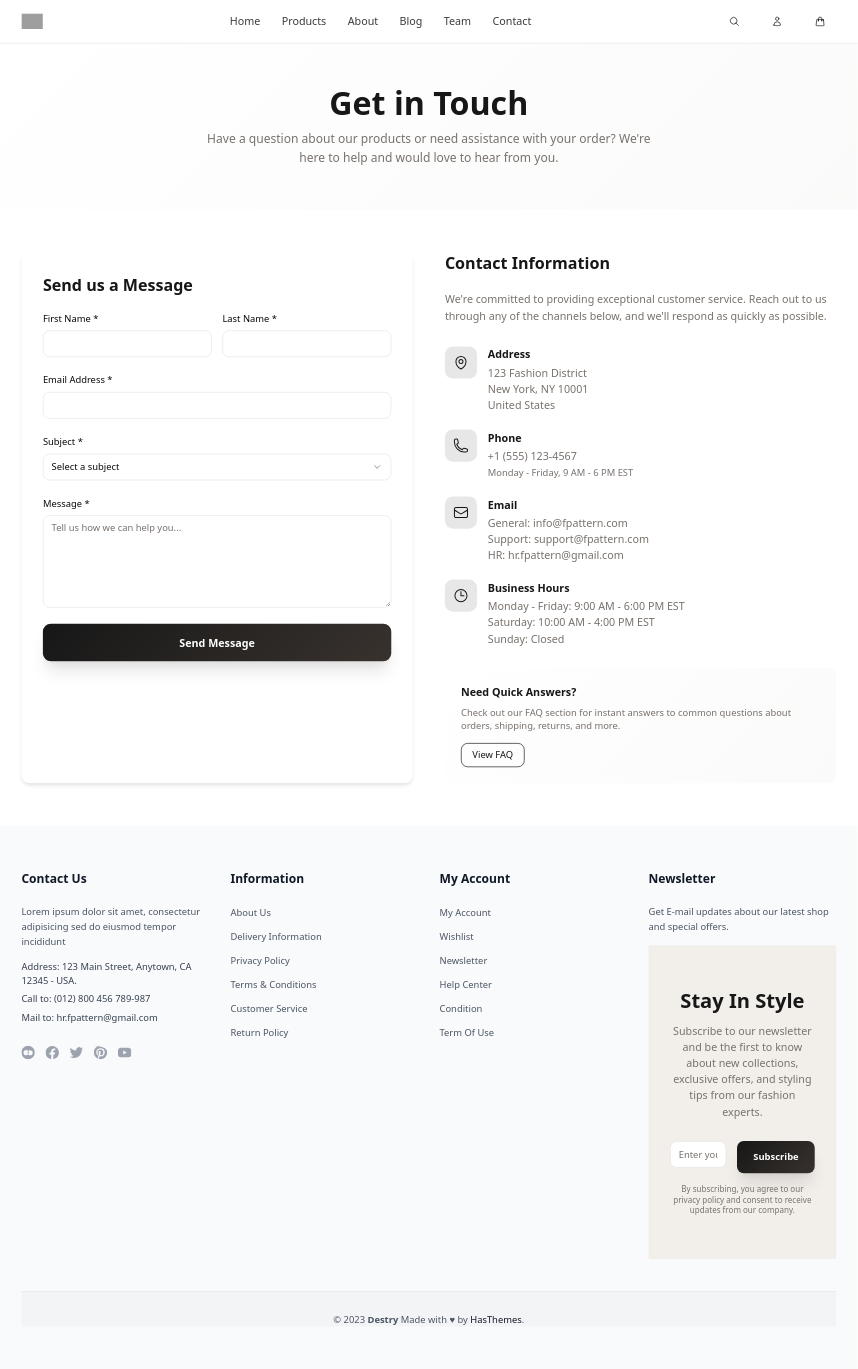
Repository: Fpattern-25/Ecommerce-Cloth-website
Page: /contact
These files come from the project's save history. The page is drawn as it stood at one moment and after the next save; the edit follows.
The browser window is 1280 px wide. The pictures show the whole page, at 67% of full size.
Pictures or frames that could not be fetched are drawn as grey boxes. The project was rebuilt for these pictures with package versions that can differ from the ones it lists, and the page was loaded fresh each time. Also part of the build but not shown: vite.config.ts, src/components/ui/tooltip.tsx, src/components/ui/badge.tsx, src/components/ProductCard.tsx, src/components/ProductGrid.tsx, src/data/products.ts, src/pages/Home.tsx, src/pages/Products.tsx and 27 more.

Above is the page before, as saved 2025-08-06 10:45:39.

### index.html
<!DOCTYPE html>
<html lang="en">
  <head>
    <meta charset="UTF-8" />
    <meta name="viewport" content="width=device-width, initial-scale=1.0" />
    <title>kamblecollection</title>
    <meta name="description" content="Lovable Generated Project" />
    <meta name="author" content="Lovable" />

    <meta property="og:title" content="kamblecollection" />
    <meta property="og:description" content="Lovable Generated Project" />
    <meta property="og:type" content="website" />
    <meta property="og:image" content="/src/assets/favicon.ico" />

    <meta name="twitter:card" content="summary_large_image" />
    <meta name="twitter:site" content="@lovable_dev" />
    <meta name="twitter:image" content="/src/assets/favicon.ico" />
  </head>

  <body>
    <div id="root"></div>
    <script type="module" src="/src/main.tsx"></script>
  </body>
</html>

### src/App.tsx
import { Toaster } from "@/components/ui/toaster";
import { Toaster as Sonner } from "@/components/ui/sonner";
import { TooltipProvider } from "@/components/ui/tooltip";
import { QueryClient, QueryClientProvider } from "@tanstack/react-query";
import { BrowserRouter, Routes, Route } from "react-router-dom";
import { HelmetProvider } from 'react-helmet-async';
import { CartProvider } from "@/contexts/CartContext";
import { Header } from "@/components/layout/Header";
import { Footer } from "@/components/layout/Footer";
import { ScrollToTop } from "@/components/ScrollToTop";

// Pages
import Home from "./pages/Home";
import Products from "./pages/Products";
import ProductDetail from "./pages/ProductDetail";
import Cart from "./pages/Cart";
import Checkout from "./pages/Checkout";
import OrderConfirmation from "./pages/OrderConfirmation";
import About from "./pages/About";
import Contact from "./pages/Contact";
import Blog from "./pages/Blog";
import Team from "./pages/Team";
import Careers from "./pages/Careers";
import Press from "./pages/Press";
import Sustainability from "./pages/Sustainability";
import SizeGuide from "./pages/SizeGuide";
import Shipping from "./pages/Shipping";
import Returns from "./pages/Returns";
import FAQ from "./pages/FAQ";
import Privacy from "./pages/Privacy";
import Terms from "./pages/Terms";
import Cookies from "./pages/Cookies";
import Profile from "./pages/Profile";
import NotFound from "./pages/NotFound";

const queryClient = new QueryClient();

const App = () => (
  <QueryClientProvider client={queryClient}>
    <HelmetProvider>
      <CartProvider>
        <TooltipProvider>
          <Toaster />
          <Sonner />
          <BrowserRouter>
            <div className="flex flex-col min-h-screen">
              <Header />
              <main className="flex-1">
                <Routes>
                  <Route path="/" element={<Home />} />
                  <Route path="/products" element={<Products />} />
                  <Route path="/product/:id" element={<ProductDetail />} />
                  <Route path="/cart" element={<Cart />} />
                  <Route path="/checkout" element={<Checkout />} />
                  <Route path="/order-confirmation" element={<OrderConfirmation />} />
                  <Route path="/about" element={<About />} />
                  <Route path="/contact" element={<Contact />} />
                  <Route path="/blog" element={<Blog />} />
                  <Route path="/team" element={<Team />} />
                  <Route path="/careers" element={<Careers />} />
                  <Route path="/press" element={<Press />} />
                  <Route path="/sustainability" element={<Sustainability />} />
                  <Route path="/size-guide" element={<SizeGuide />} />
                  <Route path="/shipping" element={<Shipping />} />
                  <Route path="/returns" element={<Returns />} />
                  <Route path="/faq" element={<FAQ />} />
                  <Route path="/privacy" element={<Privacy />} />
                  <Route path="/terms" element={<Terms />} />
                  <Route path="/cookies" element={<Cookies />} />
                  <Route path="/profile" element={<Profile />} />
                  <Route path="*" element={<NotFound />} />
                </Routes>
              </main>
              <Footer />
              <ScrollToTop />
            </div>
          </BrowserRouter>
        </TooltipProvider>
      </CartProvider>
    </HelmetProvider>
  </QueryClientProvider>
);

export default App;

### src/components/ui/toaster.tsx
import { useToast } from "@/hooks/use-toast"
import {
  Toast,
  ToastClose,
  ToastDescription,
  ToastProvider,
  ToastTitle,
  ToastViewport,
} from "@/components/ui/toast"

export function Toaster() {
  const { toasts } = useToast()

  return (
    <ToastProvider>
      {toasts.map(function ({ id, title, description, action, ...props }) {
        return (
          <Toast key={id} {...props}>
            <div className="grid gap-1">
              {title && <ToastTitle>{title}</ToastTitle>}
              {description && (
                <ToastDescription>{description}</ToastDescription>
              )}
            </div>
            {action}
            <ToastClose />
          </Toast>
        )
      })}
      <ToastViewport />
    </ToastProvider>
  )
}

### src/components/ui/sonner.tsx
import { useTheme } from "next-themes"
import { Toaster as Sonner, toast } from "sonner"

type ToasterProps = React.ComponentProps<typeof Sonner>

const Toaster = ({ ...props }: ToasterProps) => {
  const { theme = "system" } = useTheme()

  return (
    <Sonner
      theme={theme as ToasterProps["theme"]}
      className="toaster group"
      toastOptions={{
        classNames: {
          toast:
            "group toast group-[.toaster]:bg-background group-[.toaster]:text-foreground group-[.toaster]:border-border group-[.toaster]:shadow-lg",
          description: "group-[.toast]:text-muted-foreground",
          actionButton:
            "group-[.toast]:bg-primary group-[.toast]:text-primary-foreground",
          cancelButton:
            "group-[.toast]:bg-muted group-[.toast]:text-muted-foreground",
        },
      }}
      {...props}
    />
  )
}

export { Toaster, toast }

### src/components/layout/Header.tsx
import { useState } from 'react';
import { Link, useNavigate } from 'react-router-dom';
import { motion, AnimatePresence } from 'framer-motion';
import { ShoppingBagIcon, MagnifyingGlassIcon, Bars3Icon, XMarkIcon, UserIcon } from '@heroicons/react/24/outline';
import { Button } from '@/components/ui/button';
import { useCart } from '@/contexts/CartContext';
import { cn } from '@/lib/utils';
const navigation = [{
  name: 'Home',
  href: '/'
}, {
  name: 'Products',
  href: '/products'
}, {
  name: 'About',
  href: '/about'
}, {
  name: 'Blog',
  href: '/blog'
}, {
  name: 'Team',
  href: '/team'
}, {
  name: 'Contact',
  href: '/contact'
}];
export function Header() {
  const [isMenuOpen, setIsMenuOpen] = useState(false);
  const {
    itemCount
  } = useCart();
  const navigate = useNavigate();
  return <header className="sticky top-0 z-50 bg-background/95 backdrop-blur supports-[backdrop-filter]:bg-background/60 border-b border-border">
    <div className="container mx-auto px-4 sm:px-6 lg:px-8">
      <div className="flex items-center justify-between h-16">
        {/* Logo */}
        <Link to="/" className="flex items-center space-x-2">
          <img
            src="/src/assets/kamble-collection-250x65.svg"  // <-- Update with your logo path
            alt="Kamble Collection Logo"
            className="h-8 w-8 object-contain"
          />
          {/* <span className="text-2xl font-bold text-brand-primary">Destry</span> */}
        </Link>

        {/* Desktop Navigation */}
        <nav className="hidden md:flex items-center space-x-8">
          {navigation.map(item => <Link key={item.name} to={item.href} className="text-foreground/80 hover:text-brand-primary transition-colors duration-200 font-medium">
            {item.name}
          </Link>)}
        </nav>

        {/* Desktop Actions */}
        <div className="hidden md:flex items-center space-x-4">
          <Button variant="ghost" size="icon" className="relative">
            <MagnifyingGlassIcon className="h-5 w-5" />
          </Button>
          <Button variant="ghost" size="icon" onClick={() => navigate('/profile')}>
            <UserIcon className="h-5 w-5" />
          </Button>
          <Button variant="ghost" size="icon" className="relative" onClick={() => navigate('/cart')}>
            <ShoppingBagIcon className="h-5 w-5" />
            {itemCount > 0 && <span className="absolute -top-1 -right-1 bg-brand-accent text-white text-xs rounded-full h-5 w-5 flex items-center justify-center">
              {itemCount}
            </span>}
          </Button>
        </div>

        {/* Mobile menu button */}
        <div className="md:hidden flex items-center space-x-2">
          <Button variant="ghost" size="icon" className="relative" onClick={() => navigate('/cart')}>
            <ShoppingBagIcon className="h-5 w-5" />
            {itemCount > 0 && <span className="absolute -top-1 -right-1 bg-brand-accent text-white text-xs rounded-full h-5 w-5 flex items-center justify-center">
              {itemCount}
            </span>}
          </Button>
          <Button variant="ghost" size="icon" onClick={() => setIsMenuOpen(!isMenuOpen)}>
            {isMenuOpen ? <XMarkIcon className="h-6 w-6" /> : <Bars3Icon className="h-6 w-6" />}
          </Button>
        </div>
      </div>
    </div>

    {/* Mobile Navigation */}
    <AnimatePresence>
      {isMenuOpen && <motion.div initial={{
        opacity: 0,
        height: 0
      }} animate={{
        opacity: 1,
        height: 'auto'
      }} exit={{
        opacity: 0,
        height: 0
      }} className="md:hidden bg-background border-t border-border">
        <div className="px-4 py-6 space-y-4">
          {navigation.map(item => <Link key={item.name} to={item.href} className="block text-foreground/80 hover:text-brand-primary transition-colors duration-200 font-medium py-2" onClick={() => setIsMenuOpen(false)}>
            {item.name}
          </Link>)}
          <div className="flex items-center space-x-4 pt-4 border-t border-border">
            <Button variant="ghost" size="icon">
              <MagnifyingGlassIcon className="h-5 w-5" />
            </Button>
            <Button variant="ghost" size="icon">
              <UserIcon className="h-5 w-5" />
            </Button>
          </div>
        </div>
      </motion.div>}
    </AnimatePresence>
  </header>;
}

### src/components/ScrollToTop.tsx
import { useState, useEffect } from 'react';
import { motion, AnimatePresence } from 'framer-motion';
import { ArrowUpIcon } from '@heroicons/react/24/outline';
import { Button } from '@/components/ui/button';

export function ScrollToTop() {
  const [isVisible, setIsVisible] = useState(false);

  useEffect(() => {
    const toggleVisibility = () => {
      if (window.pageYOffset > 300) {
        setIsVisible(true);
      } else {
        setIsVisible(false);
      }
    };

    window.addEventListener('scroll', toggleVisibility);
    return () => window.removeEventListener('scroll', toggleVisibility);
  }, []);

  const scrollToTop = () => {
    window.scrollTo({
      top: 0,
      behavior: 'smooth'
    });
  };

  return (
    <AnimatePresence>
      {isVisible && (
        <motion.div
          initial={{ opacity: 0, scale: 0.8 }}
          animate={{ opacity: 1, scale: 1 }}
          exit={{ opacity: 0, scale: 0.8 }}
          className="fixed bottom-6 right-6 z-50"
        >
          <Button
            onClick={scrollToTop}
            size="icon"
            variant="hero"
            className="rounded-full shadow-elegant"
            aria-label="Scroll to top"
          >
            <ArrowUpIcon className="h-5 w-5" />
          </Button>
        </motion.div>
      )}
    </AnimatePresence>
  );
}

### src/components/ui/button.tsx
import * as React from "react"
import { Slot } from "@radix-ui/react-slot"
import { cva, type VariantProps } from "class-variance-authority"

import { cn } from "@/lib/utils"

const buttonVariants = cva(
  "inline-flex items-center justify-center gap-2 whitespace-nowrap rounded-md text-sm font-medium ring-offset-background transition-all duration-300 focus-visible:outline-none focus-visible:ring-2 focus-visible:ring-ring focus-visible:ring-offset-2 disabled:pointer-events-none disabled:opacity-50 [&_svg]:pointer-events-none [&_svg]:size-4 [&_svg]:shrink-0",
  {
    variants: {
      variant: {
        default: "bg-brand-primary text-white hover:bg-brand-primary/90 shadow-elegant hover:shadow-soft",
        destructive:
          "bg-destructive text-destructive-foreground hover:bg-destructive/90",
        outline:
          "border border-brand-primary bg-transparent text-brand-primary hover:bg-brand-primary hover:text-white",
        secondary:
          "bg-brand-secondary text-brand-primary hover:bg-brand-secondary/80",
        ghost: "hover:bg-accent hover:text-accent-foreground",
        link: "text-brand-primary underline-offset-4 hover:underline",
        hero: "bg-gradient-hero text-white hover:scale-105 shadow-elegant hover:shadow-soft font-semibold",
        accent: "bg-brand-accent text-white hover:bg-brand-accent/90 shadow-soft hover:shadow-elegant",
      },
      size: {
        default: "h-12 px-6 py-3",
        sm: "h-9 rounded-md px-4",
        lg: "h-14 rounded-lg px-8 text-base",
        icon: "h-12 w-12",
        hero: "h-16 px-12 py-4 text-lg rounded-lg",
      },
    },
    defaultVariants: {
      variant: "default",
      size: "default",
    },
  }
)

export interface ButtonProps
  extends React.ButtonHTMLAttributes<HTMLButtonElement>,
    VariantProps<typeof buttonVariants> {
  asChild?: boolean
}

const Button = React.forwardRef<HTMLButtonElement, ButtonProps>(
  ({ className, variant, size, asChild = false, ...props }, ref) => {
    const Comp = asChild ? Slot : "button"
    return (
      <Comp
        className={cn(buttonVariants({ variant, size, className }))}
        ref={ref}
        {...props}
      />
    )
  }
)
Button.displayName = "Button"

export { Button, buttonVariants }

### src/components/Newsletter.tsx
import { useState } from 'react';
import { motion } from 'framer-motion';
import { Button } from '@/components/ui/button';
import { Input } from '@/components/ui/input';
import { toast } from '@/hooks/use-toast';

export function Newsletter() {
  const [email, setEmail] = useState('');
  const [isLoading, setIsLoading] = useState(false);

  const handleSubmit = async (e: React.FormEvent) => {
    e.preventDefault();

    if (!email) {
      toast({
        title: "Error",
        description: "Please enter your email address.",
        variant: "destructive"
      });
      return;
    }

    setIsLoading(true);

    try {
      // Using Formspree for newsletter subscription
      const response = await fetch('https://formspree.io/f/your-form-id', {
        method: 'POST',
        headers: {
          'Content-Type': 'application/json',
        },
        body: JSON.stringify({
          email: email,
          _subject: 'Newsletter Subscription',
        }),
      });

      if (response.ok) {
        toast({
          title: "Success!",
          description: "Thank you for subscribing to our newsletter!"
        });
        setEmail('');
      } else {
        throw new Error('Subscription failed');
      }
    } catch (error) {
      // For demo purposes, we'll show success anyway
      toast({
        title: "Success!",
        description: "Thank you for subscribing to our newsletter!"
      });
      setEmail('');
    } finally {
      setIsLoading(false);
    }
  };

  return (
    <section className="bg-brand-secondary/20 py-16">
      <div className="container mx-auto px-4 sm:px-6 lg:px-8">
        <motion.div
          initial={{ opacity: 0, y: 20 }}
          whileInView={{ opacity: 1, y: 0 }}
          viewport={{ once: true }}
          transition={{ duration: 0.6 }}
          className="max-w-2xl mx-auto text-center"
        >
          <h2 className="text-3xl font-bold text-brand-primary mb-4">
            Stay In Style
          </h2>
          <p className="text-muted-foreground mb-8">
            Subscribe to our newsletter and be the first to know about new collections,
            exclusive offers, and styling tips from our fashion experts.
          </p>

          <form onSubmit={handleSubmit} className="flex flex-col sm:flex-row gap-4 max-w-md mx-auto">
            <Input
              type="email"
              placeholder="Enter your email"
              value={email}
              onChange={(e) => setEmail(e.target.value)}
              className="flex-1"
              required
            />
            <Button
              type="submit"
              variant="hero"
              disabled={isLoading}
              className="sm:w-auto"
            >
              {isLoading ? 'Subscribing...' : 'Subscribe'}
            </Button>
          </form>

          <p className="text-xs text-muted-foreground mt-4">
            By subscribing, you agree to our privacy policy and consent to receive updates from our company.
          </p>
        </motion.div>
      </div>
    </section>
  );
}

### src/components/SEO.tsx
import { Helmet } from 'react-helmet-async';
import { SEOProps } from '@/types';

interface SEOComponentProps extends SEOProps {
  children?: React.ReactNode;
}

export function SEO({
  title,
  description,
  keywords,
  image,
  url,
  children
}: SEOComponentProps) {
  const siteTitle = "FPattern - Luxury Fashion Brand";
  const fullTitle = title ? `${title} | ${siteTitle}` : siteTitle;
  const siteUrl = url || window.location.href;
  const ogImage = image || "../src/assets/favicon.ico";

  return (
    <Helmet>
      <title>{fullTitle}</title>
      <meta name="description" content={description} />
      {keywords && <meta name="keywords" content={keywords} />}

      {/* Open Graph */}
      <meta property="og:title" content={fullTitle} />
      <meta property="og:description" content={description} />
      <meta property="og:image" content={ogImage} />
      <meta property="og:url" content={siteUrl} />
      <meta property="og:type" content="website" />

      {/* Twitter */}
      <meta name="twitter:card" content="summary_large_image" />
      <meta name="twitter:title" content={fullTitle} />
      <meta name="twitter:description" content={description} />
      <meta name="twitter:image" content={ogImage} />

      {/* Schema.org for Google */}
      <script type="application/ld+json">
        {JSON.stringify({
          "@context": "https://schema.org",
          "@type": "ClothingStore",
          "name": "FPattern",
          "description": description,
          "url": siteUrl,
          "logo": ogImage,
          "sameAs": [
            "https://www.instagram.com/fpattern",
            "https://www.facebook.com/fpattern",
            "https://www.twitter.com/fpattern"
          ]
        })}
      </script>

      {children}
    </Helmet>
  );
}

### src/components/ui/input.tsx
import * as React from "react"

import { cn } from "@/lib/utils"

const Input = React.forwardRef<HTMLInputElement, React.ComponentProps<"input">>(
  ({ className, type, ...props }, ref) => {
    return (
      <input
        type={type}
        className={cn(
          "flex h-10 w-full rounded-md border border-input bg-background px-3 py-2 text-base ring-offset-background file:border-0 file:bg-transparent file:text-sm file:font-medium file:text-foreground placeholder:text-muted-foreground focus-visible:outline-none focus-visible:ring-2 focus-visible:ring-ring focus-visible:ring-offset-2 disabled:cursor-not-allowed disabled:opacity-50 md:text-sm",
          className
        )}
        ref={ref}
        {...props}
      />
    )
  }
)
Input.displayName = "Input"

export { Input }

### src/components/ui/textarea.tsx
import * as React from "react"

import { cn } from "@/lib/utils"

export interface TextareaProps
  extends React.TextareaHTMLAttributes<HTMLTextAreaElement> {}

const Textarea = React.forwardRef<HTMLTextAreaElement, TextareaProps>(
  ({ className, ...props }, ref) => {
    return (
      <textarea
        className={cn(
          "flex min-h-[80px] w-full rounded-md border border-input bg-background px-3 py-2 text-sm ring-offset-background placeholder:text-muted-foreground focus-visible:outline-none focus-visible:ring-2 focus-visible:ring-ring focus-visible:ring-offset-2 disabled:cursor-not-allowed disabled:opacity-50",
          className
        )}
        ref={ref}
        {...props}
      />
    )
  }
)
Textarea.displayName = "Textarea"

export { Textarea }

Loaded but not shown: src/main.tsx (common file); src/index.css (common file); src/hooks/use-toast.ts (common file); src/lib/utils.ts (common file); tailwind.config.ts (common file); src/pages/Contact.tsx (299 lines, source omitted); src/components/layout/Footer.tsx (180 lines, source omitted); src/components/ui/select.tsx (158 lines, source omitted); src/contexts/CartContext.tsx (189 lines, source omitted); src/components/ui/toast.tsx (127 lines, source omitted)

After the next save:
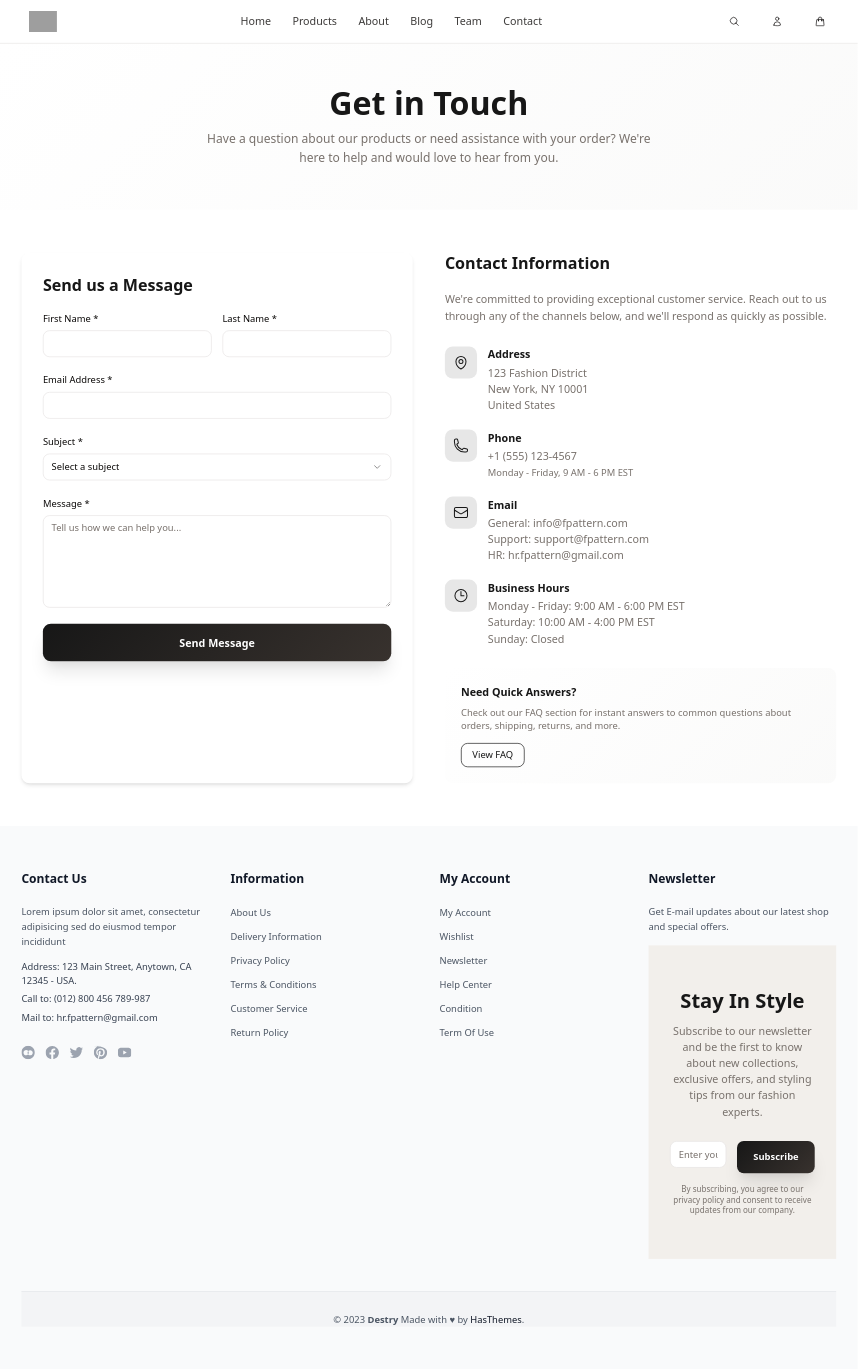
Saved 103 s later.
--- a/src/components/layout/Header.tsx
+++ b/src/components/layout/Header.tsx
@@ -38,7 +38,7 @@ export function Header() {
           <img
             src="/src/assets/kamble-collection-250x65.svg"  // <-- Update with your logo path
             alt="Kamble Collection Logo"
-            className="h-8 w-8 object-contain"
+            className="h-8 w-16 object-contain"
           />
           {/* <span className="text-2xl font-bold text-brand-primary">Destry</span> */}
         </Link>
